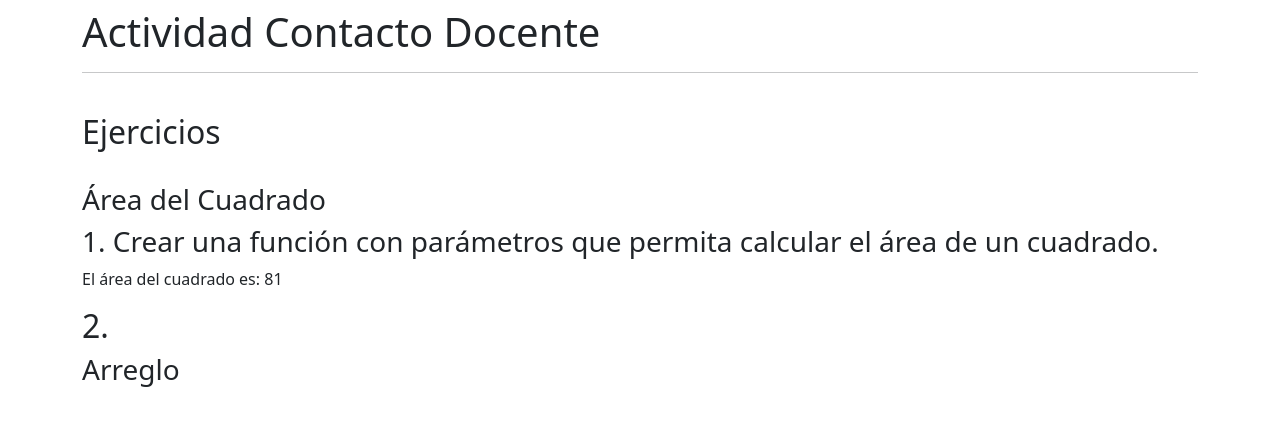
Repository: Jchimbo99/Actvidad1
Page: / (app in typescript-actividad/)
The author's editor kept a copy of each file at every save. The page is drawn from the files as they stood at one save, then again after a run of saves.
The browser window is 1280 px wide. The pictures show the whole page.
The project was rebuilt for these pictures with package versions that can differ from the ones it lists, and the page was loaded fresh each time. Also part of the build but not shown: typescript-actividad/vite.config.ts.

Above is the page before, as saved 2025-01-22 20:37:09.

### typescript-actividad/index.html
<!doctype html>
<html lang="en">
  <head>
    <meta charset="UTF-8" />
    <link rel="icon" type="image/svg+xml" href="/vite.svg" />
    <meta name="viewport" content="width=device-width, initial-scale=1.0" />
    <link href="https://cdn.jsdelivr.net/npm/bootstrap@5.3.3/dist/css/bootstrap.min.css" rel="stylesheet" integrity="sha384-QWTKZyjpPEjISv5WaRU9OFeRpok6YctnYmDr5pNlyT2bRjXh0JMhjY6hW+ALEwIH" crossorigin="anonymous">

    <title>Activididad Jch</title>
  </head>
  <body class="container">
    <div id="root"></div>
    <script type="module" src="/src/main.tsx"></script>
  </body>
</html>

### typescript-actividad/src/App.tsx
import { AreaCuadrado } from "./typescript/AreaCuadrado";
import { Arreglo } from "./typescript/Arreglo";

export const App = () => {
  return (

    <div className="mt-2">
      <h1>Actividad Contacto Docente</h1>
      <hr />
      <br />
      <h2>Ejercicios</h2>
      <br />

      <AreaCuadrado/>
      <h2>2.</h2>
      <Arreglo/>
      </div>
  )
}


export default App;

### typescript-actividad/src/typescript/AreaCuadrado.tsx
export const AreaCuadrado = () => {
    const lado = 9;
    const area = lado * lado;

    return (
        <div>
            <h3>Área del Cuadrado</h3>
            <h3>1.	Crear una función con parámetros que permita calcular el área de un cuadrado.</h3>
            <p>El área del cuadrado es: {area}</p>
        </div>
    );
}

### typescript-actividad/src/typescript/Arreglo.tsx


export const Arreglo = () => {
  return (
    <div>
        <h3>Arreglo</h3></div>
  )
}

Loaded but not shown: typescript-actividad/src/main.tsx (common file)

After the next 2 saves:
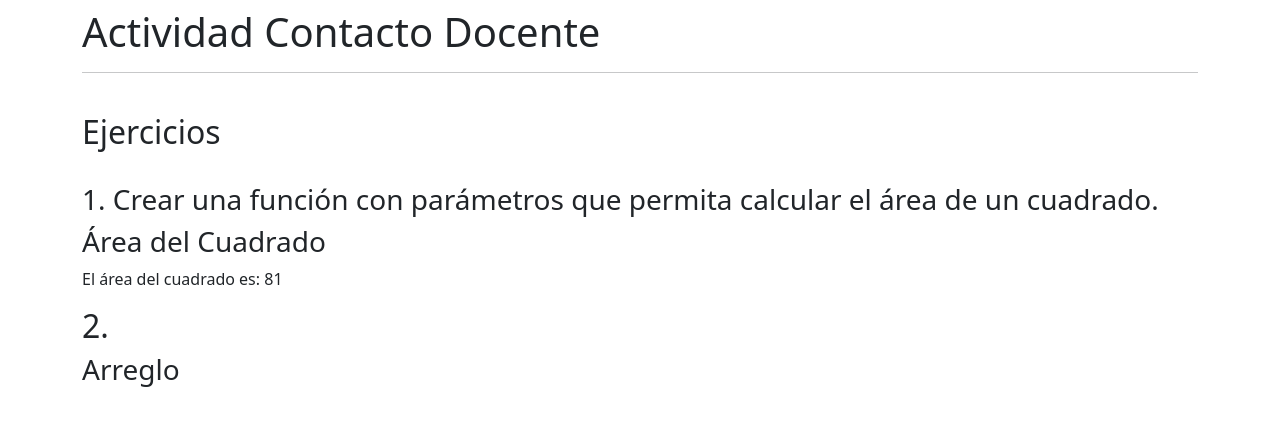
The 2 saves are shown as one change because they came seconds apart.
The last was saved 15 s later.
--- a/typescript-actividad/src/typescript/AreaCuadrado.tsx
+++ b/typescript-actividad/src/typescript/AreaCuadrado.tsx
@@ -4,8 +4,9 @@ export const AreaCuadrado = () => {
 
     return (
         <div>
+
+            <h3>1.	Crear una función con parámetros que permita calcular el área de un cuadrado.</h3>
             <h3>Área del Cuadrado</h3>
-            <h3>1.	Crear una función con parámetros que permita calcular el área de un cuadrado.</h3>
             <p>El área del cuadrado es: {area}</p>
         </div>
     );
